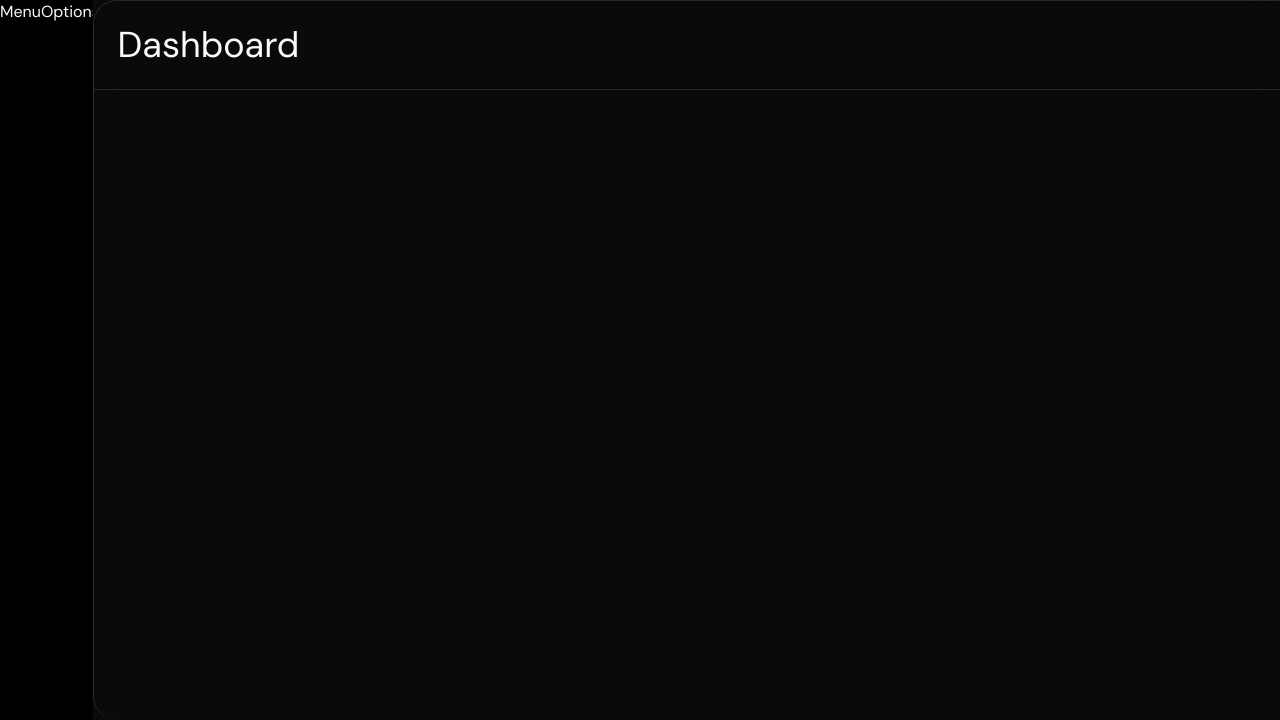
Repository: MikeeBuilds/fuzzi
Page: /dashboard
The author's editor kept a copy of each file at every save. The page is drawn from the files as they stood at one save, then again after a run of saves.
The browser window is 1280 px wide. The pictures show the whole page.
The project was rebuilt for these pictures with package versions that can differ from the ones it lists, and the page was loaded fresh each time. The framework's server and built-in components were replaced by stand-ins that run in the browser. Also part of the build but not shown: next.config.mjs.

Above is the page before, as saved 2024-04-24 15:16:39.

### src/app/layout.tsx
import type { Metadata } from "next";
import { ThemeProvider } from "@/providers/theme-provider"
import { DM_Sans } from "next/font/google";
import "./globals.css";

const font = DM_Sans({ subsets: ["latin"] });

export const metadata: Metadata = {
  title: "Fuzzii",
  description: "Automate your work with Fuzzii",
};

export default function RootLayout({
  children,
}: Readonly<{
  children: React.ReactNode;
}>) {
  return (
    <html lang="en">
      <body className={font.className}>
      <ThemeProvider
            attribute="class"
            defaultTheme="dark"
            enableSystem
            disableTransitionOnChange
          >
        {children}
        </ThemeProvider>
      </body>
    </html>
  );
}

### src/app/(main)/layout.tsx
import React from 'react'
import Sidebar from '@/components/sidebar'

type Props = { children: React.ReactNode }

const Layout = (props: Props) => {
  return (
    <div className='flex overflow-hidden h-screen'>
      <Sidebar />
        <div className='w-full'>
            {props.children}
        </div>
    </div>
  )
}

export default Layout

### src/app/(main)/(pages)/layout.tsx
import React from'react'

type Props = { children: React.ReactNode }

const Layout = ({ children }: Props) => {
    return (
        <div className='border-l-[1px] border-t-[1px] pb-20 h-screen rounded-l-3xl border-muted-foreground/20 overflow-scroll'>
            {children}
        </div>
    )
}

export default Layout

### src/app/(main)/(pages)/dashboard/page.tsx
import React from 'react'


const DashboardPage = () => {
  return (
    <div className='flex flex-col gap-4 relative'>
      <h1 className='text-4xl sticky top-0 z-[10] p-6 bg-background/50 backdrop-blur-lg flex items-center border-b'>
        Dashboard
      </h1>
    </div>
  )
}

export default DashboardPage

### src/providers/theme-provider.tsx
"use client"

import * as React from "react"

import { ThemeProvider as NextThemesProvider } from "next-themes"
import { type ThemeProviderProps } from "next-themes/dist/types"

export function ThemeProvider({ children, ...props }: ThemeProviderProps) {
  return <NextThemesProvider {...props}>{children}</NextThemesProvider>
}

### src/components/sidebar/index.tsx
'use client'

import { usePathname } from 'next/navigation'
import React from 'react'

type Props = {}

const MenuOptions = (props: Props) => {
    const pathName = usePathname()

  return <nav className='dark:bg-black h-screen overflow-scroll justify-between'>MenuOptions</nav>

}

export default MenuOptions

Loaded but not shown: src/app/globals.css (common file); tailwind.config.ts (common file)

After the next 2 saves:
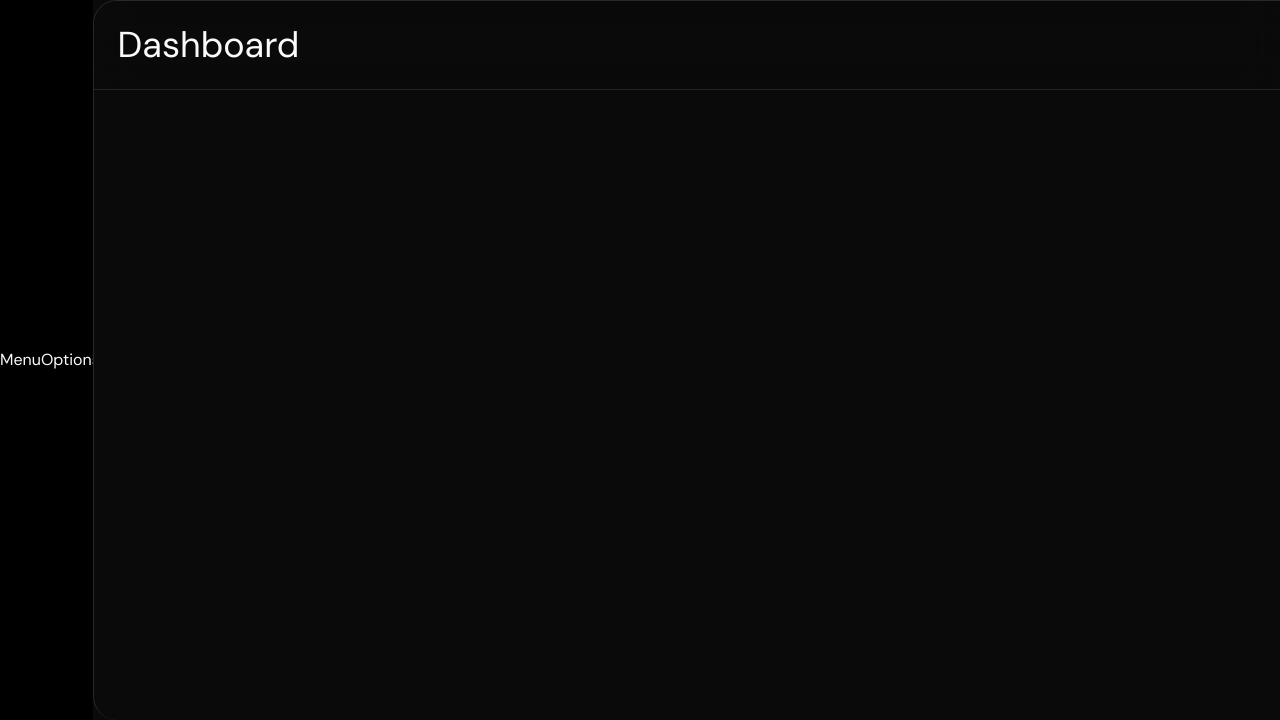
The 2 saves are shown as one change because they came seconds apart.
The last was saved 6 s later.
--- a/src/components/sidebar/index.tsx
+++ b/src/components/sidebar/index.tsx
@@ -8,7 +8,7 @@ type Props = {}
 const MenuOptions = (props: Props) => {
     const pathName = usePathname()
 
-  return <nav className='dark:bg-black h-screen overflow-scroll justify-between'>MenuOptions</nav>
+  return <nav className='dark:bg-black h-screen overflow-scroll justify-between flex items-center'>MenuOptions</nav>
 
 }
 
